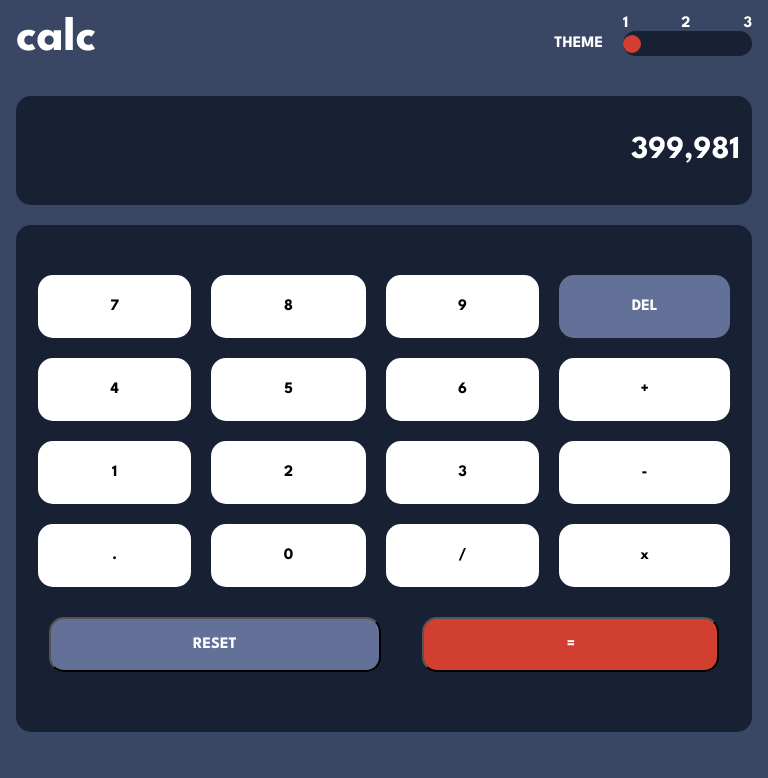
Repository: DevLaukey/calc-with-css-js
Page: index.html
These files come from the project's save history. The page is drawn as it stood at one moment and after the next save; the edit follows.
The browser window is 768 px wide. The pictures show the whole page.

Above is the page before, as saved 2022-05-24 13:12:02.

### index.html
<!DOCTYPE html>
<html lang="en">
  <head>
    <meta charset="UTF-8" />
    <meta http-equiv="X-UA-Compatible" content="IE=edge" />
    <meta name="viewport" content="width=device-width, initial-scale=1.0" />
    <title>Calculator</title>
    <link rel="stylesheet" href="./styles.css" />
    <link rel="preconnect" href="https://fonts.googleapis.com" />
    <link rel="preconnect" href="https://fonts.gstatic.com" crossorigin />
    <link
      href="https://fonts.googleapis.com/css2?family=League+Spartan:wght@700&display=swap"
      rel="stylesheet"
    />
    <style data="test" type="text/css"></style>
  </head>
  <body>
    <div class="body">
      <header class="calculator__header">
        <div>
          <p class="calculator__name text">calc</p>
        </div>
        <div class="calculator__slider">
          <div class="text">
            <p class="calculator__theme text">THEME</p>
          </div>
          <div class="class-slider">
            <p class="calculator__smallText text">
              <span>1</span>
              <span>2</span>
              <span>3</span>
            </p>
            <div class="calculator__block">
              <input
                id="rangeInput"
                type="range"
                min="1"
                max="3"
                value="1"
                class="slider"
                name="rangeInput"
              />
            </div>
          </div>
        </div>
      </header>
      <div class="calculator__display">
        <p class="text calculator__solution">399,981</p>
      </div>
      <div class="calculator__input">
        <div class="calculator__row">
          <p class="calculator__button seven">7</p>
          <p class="calculator__button eight">8</p>
          <p class="calculator__button nine">9</p>
          <p
            class="calculator__button del back"
            style="background-color: hsl(225, 21%, 49%); color: white"
          >
            DEL
          </p>
          <p class="calculator__button four">4</p>
          <p class="calculator__button five">5</p>
          <p class="calculator__button six">6</p>
          <p class="calculator__button plus">+</p>
          <p class="calculator__button one">1</p>
          <p class="calculator__button two">2</p>
          <p class="calculator__button three">3</p>
          <p class="calculator__button minus">-</p>

          <p class="calculator__button dot">.</p>
          <p class="calculator__button minus">0</p>
          <p class="calculator__button slash">/</p>
          <p class="calculator__button multiply">x</p>
        </div>
        <div class="calculator__control">
          <button class="control reset text">RESET</button>
          <button class="control equals text">=</button>
        </div>
      </div>
    </div>
  </body>
  <script>
    const range = document.getElementById("rangeInput");
    var style = document.querySelector('[data="test"]');

    range.addEventListener("input", () => {
      const slider_value = range.value;
      let thumb_color, background_color, del, button, text,third, size="20px";
      if (slider_value == 1) {
        thumb_color = "hsl(6, 63%, 50%);";
        background_color = "hsl(222, 26%, 31%)";
        del = "hsl(224, 36%, 15%)";
        text = "white ";
        slider="hsl(225, 21%, 49%);"
      } else if (slider_value == 2) {
        thumb_color = "hsl(25, 98%, 40%)";
        background_color = "hsl(0, 0%, 90%)";

        del = " hsl(185, 42%, 37%)";
        text = "hsla(0, 0%, 0%, 1)";
        slider = "hsl(0, 5%, 81%)"
      } else {
        thumb_color = "hsl(176, 100%, 44%)";
        background_color = "hsl(268, 75%, 9%)";
        button= "hsl(268, 47%, 21%)";
        del = "hsl(281, 89%, 26%)";
        text = "hsl(52, 100%, 62%)";
         third="hsl(52, 100%, 62%)";
         slider="hsl(281, 89%, 26%)";
      }
      style.innerHTML = `.slider::-webkit-slider-thumb { background-color: ${thumb_color} !important; }

      body{
        background-color: ${background_color} !important;
      }
      .text{
          color: ${text} !important;
      }
      .slider{
         background-color: ${slider} !important;
      }
      .calculator__display{
         background-color: ${slider} !important;
      }
      .calculator__input{
         background-color: ${slider} !important;
         color: ${third} !important;
         font-size: ${size} !important;
      }
      .equals{
       background-color: ${thumb_color} !important;
      }
      .del{
        background-color: ${del} !important;
      }
     .calculator__button {
  background-color: ${button} !important;
}
      .reset{
        background-color: ${del} !important;
      }
      .slider:-moz-range-thumb {  ${thumb_color} !important; }`;
    });
  </script>
</html>

### styles.css
* {
  margin: 0;
  padding: 0;
  box-sizing: border-box;
}

body {
  background-color: hsl(222, 26%, 31%);
}
.body {
  font-family: "League Spartan", sans-serif;

  margin-bottom: 5%;
  margin-top: 5%;
  margin-left: 25%;
  margin-right: 25%;
}
.calculator__header {
  display: flex;
  width: 100%;
  justify-content: space-between;
  margin-bottom: 25px;
}
.calculator__block {
  display: flex;
}
.calculator__name {
  font-size: 3em;
  color: white;
}
.calculator__slider {
  display: flex;
}
.calculator__theme {
  margin-top: 20px;
  margin-right: 20px;
}
.calculator__smallText {
  display: flex;

  justify-content: space-between;
}
.text {
  color: white;
  font-family: "League Spartan", sans-serif;
}
.numbers {
  color:  hsl(223, 31%, 20%);
}


/* slider */
.slider {
    width: 100%;
    /* margin: 10px auto; */
    -webkit-appearance: none;
    height: 25px;
    border-radius: 15px;
    margin-bottom: 15px;
  background: hsl(224, 36%, 15%);
}

.slider::-webkit-slider-thumb {
   -webkit-appearance: none;
    width: 18px;
    height: 18px;
    border-radius: 10px;
    background-color: hsl(6, 63%, 50%);
    overflow: visible;
    cursor: pointer;
    transition: all 1s ease;
}

.calculator__display {
  background-color: hsl(224, 36%, 15%);
  display: flex;
  flex-direction: row-reverse;
  border-radius: 15px;
  padding: 2.5em 0.75rem 2.5em 0.75em;
  margin-bottom: 20px;
}
.calculator__solution {
  font-size: 2em;
}
.calculator__input {
  background-color: hsl(224, 36%, 15%);
  border-radius: 15px;
  text-align: center;
  padding: 2.5em 0.75rem 2.5em 0.75em;
  display: flex;
  flex-direction: column;
}
.calculator__row {
  display: grid;
  gap: 20px;
  grid-template-columns: auto auto auto auto;
  padding: 10px;
  margin-bottom: 20px;
}
.calculator__button {
  background-color: white;
  padding-top: 1.5em;
  padding-bottom: 1.5em;
  padding-left: -0.2em;
  padding-right: -0.2em;
  border-radius: 15px;
  box-shadow: hsl(224, 28%, 35%);
}
.calculator__control {
  display: flex;
  justify-content: space-around;
  margin-bottom: 20px;
}
.control {
  padding: 2.5% 20% 2.5% 20%;
  border-radius: 15px;
  font-size: 2em;
}
.reset {
  background-color: hsl(225, 21%, 49%);
}
.equals {
  background-color: hsl(6, 63%, 50%);
}

@media screen and (max-width: 768px) {
  .body{
    margin:1rem;
    /* width:100%; */
  }
  .control{
  padding: 2.5% 20% 2.5% 20%;
  border-radius: 15px;
  font-size: 1em;
  }
}

After the next save:
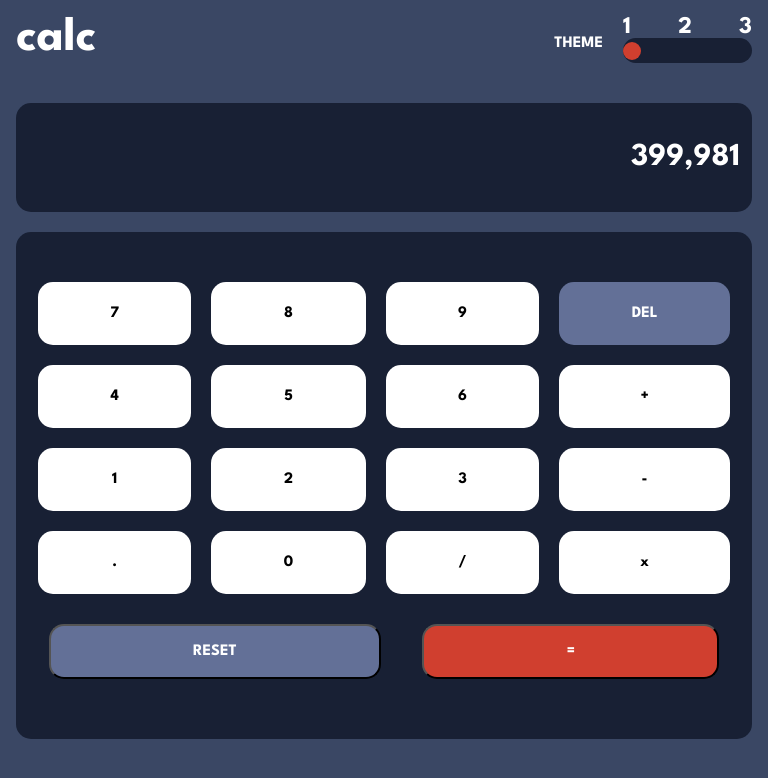
Saved 57 s later.
--- a/styles.css
+++ b/styles.css
@@ -133,4 +133,7 @@
   border-radius: 15px;
   font-size: 1em;
   }
+  .calculator__smallText{
+    font-size: 1.5em;
+  }
 }

After the save that followed:
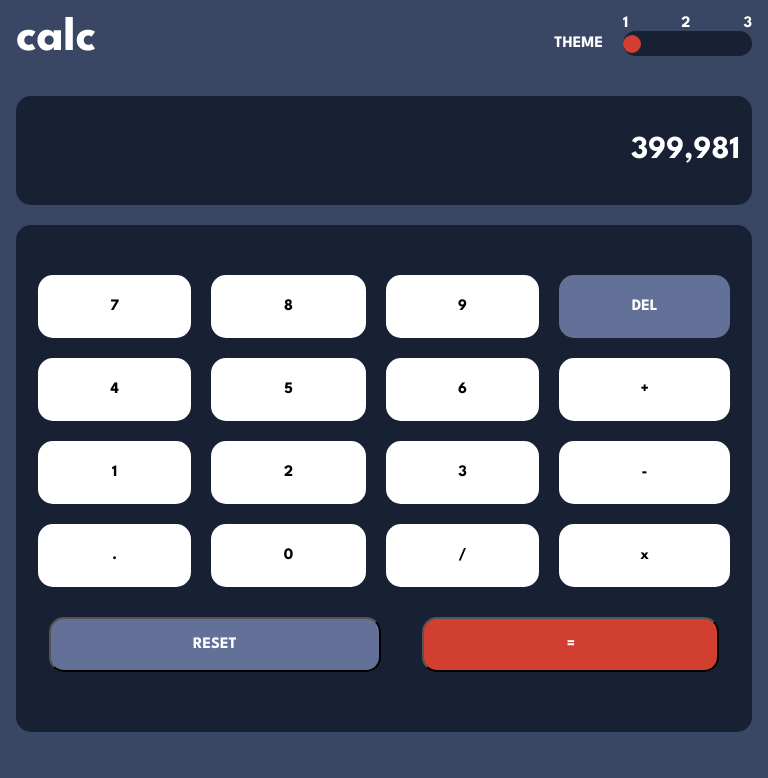
Saved 6 s later.
--- a/styles.css
+++ b/styles.css
@@ -134,6 +134,6 @@
   font-size: 1em;
   }
   .calculator__smallText{
-    font-size: 1.5em;
+    font-size: 1em;
   }
 }
